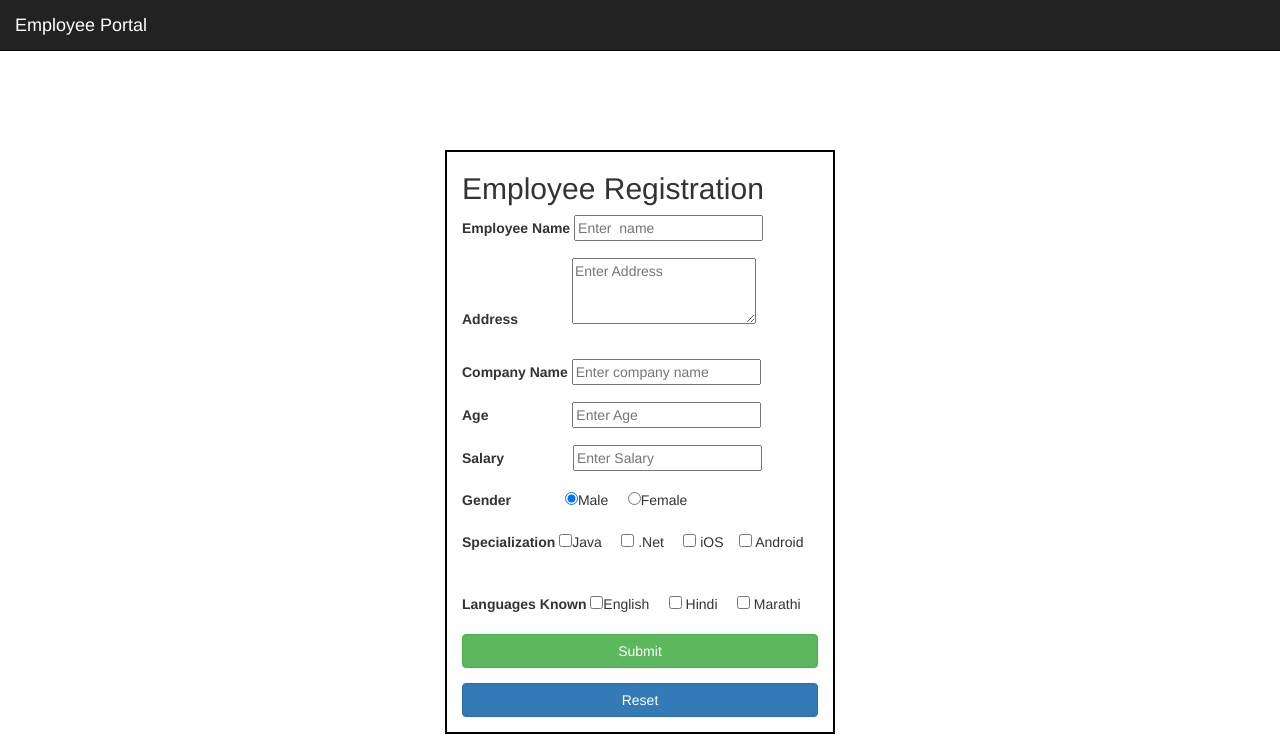
Repository: jagdishpatil18/JavaAdv
Page: http://localhost/EmployeePortal/Employee
These files come from the project's save history. The page is drawn as it stood at one moment and after the next save; the edit follows.
The browser window is 1280 px wide. The pictures show the whole page.
Some web libraries are served in a nearby version. The page is served by Tomcat 9. Other server files are loaded and not shown.

Above is the page before, as saved 2017-05-26 10:10:51.

### EmployeePortal/EmployeePortal/WebContent/newempreg.jsp
<%@ page language="java" contentType="text/html; charset=UTF-8"
    pageEncoding="UTF-8"%>
<!DOCTYPE html PUBLIC "-//W3C//DTD HTML 4.01 Transitional//EN" "http://www.w3.org/TR/html4/loose.dtd">

 <%@ include file = "header.jsp" %>
<%--  <% if(session.getAttribute("userid")!=null) { %>
<li class="hlid"><a href="EmployeeDetails" style="padding-left: 30px">EmployeeDetails</a><br></li>
<%} %>
</ul>
</div>  --%>

<html>
<head>
<meta http-equiv="Content-Type" content="text/html; charset=UTF-8">
 <meta name="viewport" content="width=device-width, initial-scale=1">

<title>EmployeePortal</title>
<link rel="stylesheet" href="https://maxcdn.bootstrapcdn.com/bootstrap/3.3.7/css/bootstrap.min.css">

<!-- jQuery library -->
<script src="https://ajax.googleapis.com/ajax/libs/jquery/3.2.1/jquery.min.js"></script>

<!-- Latest compiled JavaScript -->
<script src="https://maxcdn.bootstrapcdn.com/bootstrap/3.3.7/js/bootstrap.min.js"></script>


<script type="text/javascript">


function validateemp()
{

	var fullname=document.getElementById('ename').value;
	var name = /^[a-zA-Z  ]+$/;

 	if(fullname.length==null ||!name.test(fullname))
 	{
 		alert("Enter Name which contains only alphabets ");
 		return false;

 	}
 	if($('#eadd').val()==null || $('#eadd').val()=="")
  	{
		 alert("Please Enter Address");
		 return false;
     }

 	if($('#cname').val()==null || $('#cname').val()=="")
  	{
		 alert("Please Enter Company name");
		 return false;
     }

 	var eage=document.getElementById('num').value;

 	if($('#num').val()>100 || $('#num').val()<1)
 	{
 		alert("Enter valid age");
 		return false;

 	}
 	var esall=document.getElementById('num1').value;
 	if($('#num1').val()>1000 || $('#num1').val()<0)
 	{
 		alert("Enter valid salary (0-1000)");
 		return false;

 	}

 	var spec=document.empregstn.specialization;
 	for(var i=0;i<spec.length;i++)
 	{
 		if(spec[i].checked)
 			break;
 		else
 		alert("Please select Specialization");
 		return false;
 	}

 	var laung=document.empregstn.language;
 	for(var i=0;i<laung.length;i++)
 	{
 		if(laung[i].checked)
 			break;
 		else
 		alert("Please select Language");
 		return false;
 	}

}

</script>
<style type="text/css">

.container{
margin-top: 150px;

}
#empre{
border: 2px solid black;
}

#addid{
margin-bottom:15px;
}

</style>
</head>
<!-- ................................................
<body>
<%-- <nav class="navbar navbar-inverse navbar-fixed-top">
	<div class="container-fluid">
		<div class="navbar-header">
			<a class="navbar-brand" >Employee Portal</a>
		</div>
	<!-- 	<div class="collapse navbar-collapse"> -->
		<ul class="nav navbar-nav">
			<%if(session.getAttribute("userid")!=null) {%>
			<li><a href="EmployeeDetails">EmployeeDetails</a></li>
			<%} %>



		</ul>

		<ul class="nav navbar-nav navbar-right">


			<%if(session.getAttribute("userid")!=null){%>
			<li ><form action="Logout" method="post"  class="logout">
            <input id="hlogout" type="submit" value="Logout" class="btn btn-primary">
            <% }%>
		</ul>
	<!-- 	</div> -->
	</div>
	</nav> --%>


<div class="container" 	>
<div class="row">
<div class="col-lg-4 col-md-3 col-sm-2"></div>

<div class="col-lg-4 col-md-6 col-sm-8">
<form action="EmployeeForm"method="post" onsubmit="return validateemp()" class="empreg">
		<h2> Employee Registration</h2>

			<table >
			  <tr>
			   <td><b>Employee Name </b></td>
			   <td><input type="text" id="ename" placeholder="Enter  name" name="name" required></td>
			  </tr>
			<tr>
			<td><b>Address </b></td>
			<td> <textarea  rows="3" id="eadd"  placeholder="Enter Address" name="address" required  ></textarea>
			</td></tr>
			<tr>
			<td><b>Company Name </b></td>
			<td> <input type="text" id="cname" placeholder="Enter company name" name="company" required ></td>
			</tr>
			<tr>
				<td><b>Age</b></td>
				<td><input type="number" id="num"placeholder="Enter Age" name="age" required></td>
			</tr>
			<tr>
				<td><b>Salary</b><br>(in lacs per annum)</td>
				<td><input type="number" id="num1"placeholder="Enter Salary" name="salary" required></td>
			</tr>
			<tr>
			<td><b>Gender</b></td>
			<td><input type="radio" name="gender" value="male"  checked>Male &nbsp &nbsp
				<input type="radio" name="gender" value="female">Female
			</td>
			</tr>
			<tr >
			<td><b>Specialization </b></td>
			<td ><input type="checkbox" id="spe" value="java" name="specialization">Java &nbsp &nbsp
			<input type="checkbox" id="spe"  value=".net" name="specialization"> .Net &nbsp &nbsp
			<input type="checkbox" id="spe"  value="ios" name="specialization"> iOS&nbsp &nbsp
			<input type="checkbox" id="spe"  value="android" name="specialization"> Android &nbsp &nbsp
			</td>
			</tr>

			<tr>
			<td><b>Languages Known</b></td>
			<td><input type="checkbox" name="language" value="English" >English &nbsp &nbsp
			<input type="checkbox" name="language" value="Hindi"> Hindi &nbsp &nbsp
			<input type="checkbox" name="language" value="Marathi"> Marathi &nbsp &nbsp
			</td>
			</tr>
			<tr><td><td><input type="submit" value="Submit"  class="btn btn-success btn-lg" >

				<input type="Reset"  value="Reset"  class="btn btn-primary btn-lg"></td></td>
			</tr>
		</table>


	</form>
</div>

<div class="col-lg-4 col-md-3 col-sm-2"></div>

</div>
</div>
</body>
</html>

........................
 -->

<body>
<div class="container">
<div class="row">
<div class="col-lg-4 col-md-3">
</div>
<div class="col-lg-4 col-md-6 col-sm-12" id="empre">
<h2> Employee Registration</h2>
  <form action="EmployeeForm"method="post" onsubmit="return validateemp()" class="empreg">


    <div class="form-group">
      <label  >Employee Name</label>
      <input type="text" id="ename" placeholder="Enter  name" name="name" required>
    </div>

    <div class="form-group">
      <label id="addid" >Address</label>
       <textarea  rows="3" id="eadd"  placeholder="Enter Address" name="address" required   style="margin-left:50px"></textarea>
    </div>

    <div class="form-group">
      <label  >Company Name</label>
     <input type="text" id="cname" placeholder="Enter company name" name="company" required >
    </div>
     <div class="form-group">
      <label >Age</label>
      <input type="number" id="num"placeholder="Enter Age" name="age" required style="margin-left:80px">
    </div>
    <div class="form-group">
      <label >Salary</label>
      <input type="number" id="num1"placeholder="Enter Salary" name="salary" required style="margin-left:65px">
    </div>
    <div class="form-group">
      <label >Gender</label>
      <input type="radio" name="gender" value="male"  checked style="margin-left:50px">Male &nbsp &nbsp
				<input type="radio" name="gender" value="female">Female
    </div>

    <div class="form-group">
      <label >Specialization</label>
     <input type="checkbox" id="spe" value="java" name="specialization">Java &nbsp &nbsp
			<input type="checkbox" id="spe"  value=".net" name="specialization"> .Net &nbsp &nbsp
			<input type="checkbox" id="spe"  value="ios" name="specialization"> iOS&nbsp &nbsp
			<input type="checkbox" id="spe"  value="android" name="specialization"> Android &nbsp &nbsp
    </div>
    <div class="form-group">
      <label >Languages Known</label>
      <input type="checkbox" name="language" value="English" >English &nbsp &nbsp
			<input type="checkbox" name="language" value="Hindi"> Hindi &nbsp &nbsp
			<input type="checkbox" name="language" value="Marathi"> Marathi &nbsp &nbsp
    </div>







   <div class="form-group">
    <input type="submit" value="Submit"  class="btn btn-success btn-block" >

	</div>
	<div class="form-group">
	<input type="Reset"  value="Reset"  class="btn btn-primary btn-block">
    </div>
  </form>
</div>
</div>
<div class="col-lg-4 col-md-3 col-sm-2">
</div>
</div>
</body>
</html>

### EmployeePortal/EmployeePortal/WebContent/header.jsp
<%@ page language="java" contentType="text/html; charset=UTF-8"
    pageEncoding="UTF-8"%>
<!DOCTYPE html PUBLIC "-//W3C//DTD HTML 4.01 Transitional//EN" "http://www.w3.org/TR/html4/loose.dtd">
<html>
<head>
<meta http-equiv="Content-Type" content="text/html; charset=UTF-8">
 <meta name="viewport" content="width=device-width, initial-scale=1">

<title>EmployeePortal</title>
<link rel="stylesheet" href="https://maxcdn.bootstrapcdn.com/bootstrap/3.3.7/css/bootstrap.min.css">

<!-- jQuery library -->
<script src="https://ajax.googleapis.com/ajax/libs/jquery/3.2.1/jquery.min.js"></script>

<!-- Latest compiled JavaScript -->
<script src="https://maxcdn.bootstrapcdn.com/bootstrap/3.3.7/js/bootstrap.min.js"></script>


</head>
<body>
	<nav class="navbar navbar-inverse navbar-fixed-top">
	<div class="container-fluid">
		<div class="navbar-header">
			<a class="navbar-brand" >Employee Portal</a>
		</div>
	<!-- 	<div class="collapse navbar-collapse"> -->
		<ul class="nav navbar-nav">
			<%if(session.getAttribute("userid")!=null) {%>
			<li><a href="EmployeeDetails">EmployeeDetails</a></li>
			<%} %>



		</ul>

		<ul class="nav navbar-nav navbar-right">
			<%-- <%if(session.getAttribute("userid")==null){ %>
			<li><a href="signup"><span class="glyphicon glyphicon-user"></span>Sign Up</a></li>

			<%} %>
			<%if(session.getAttribute("userid")==null){ %>
			<li><a href="login"><span class="glyphicon glyphicon-log-in"></span>Login</a></li>
			<%} %> --%>

			<%if(session.getAttribute("userid")!=null){%>
<!-- 			<li class="hli" style="float: right "><form action="Logout" method="post"  class="logout">
<input id="hlogout" type="submit" value="Logout" class="btn btn-primary">  -->
			<li><a href="Logout">Logout</a></li>
			<% }%>
		</ul>
	<!-- 	</div> -->
	</div>
	</nav>
</body>

### EmployeePortal/EmployeePortal/src/com/bridgelab/employeeportal/Employee.java
package com.bridgelab.employeeportal;

import java.io.IOException;
import java.io.PrintWriter;

import javax.servlet.ServletException;
import javax.servlet.annotation.WebServlet;
import javax.servlet.http.HttpServlet;
import javax.servlet.http.HttpServletRequest;
import javax.servlet.http.HttpServletResponse;


@WebServlet("/Employee")
public class Employee extends HttpServlet {
	private static final long serialVersionUID = 1L;



	protected void doGet(HttpServletRequest request, HttpServletResponse response) throws ServletException, IOException
	{
		response.setContentType("text/html");
		PrintWriter printWriter=response.getWriter();
		request.getRequestDispatcher("newempreg.jsp").forward(request, response);
	}


}

After the next save:
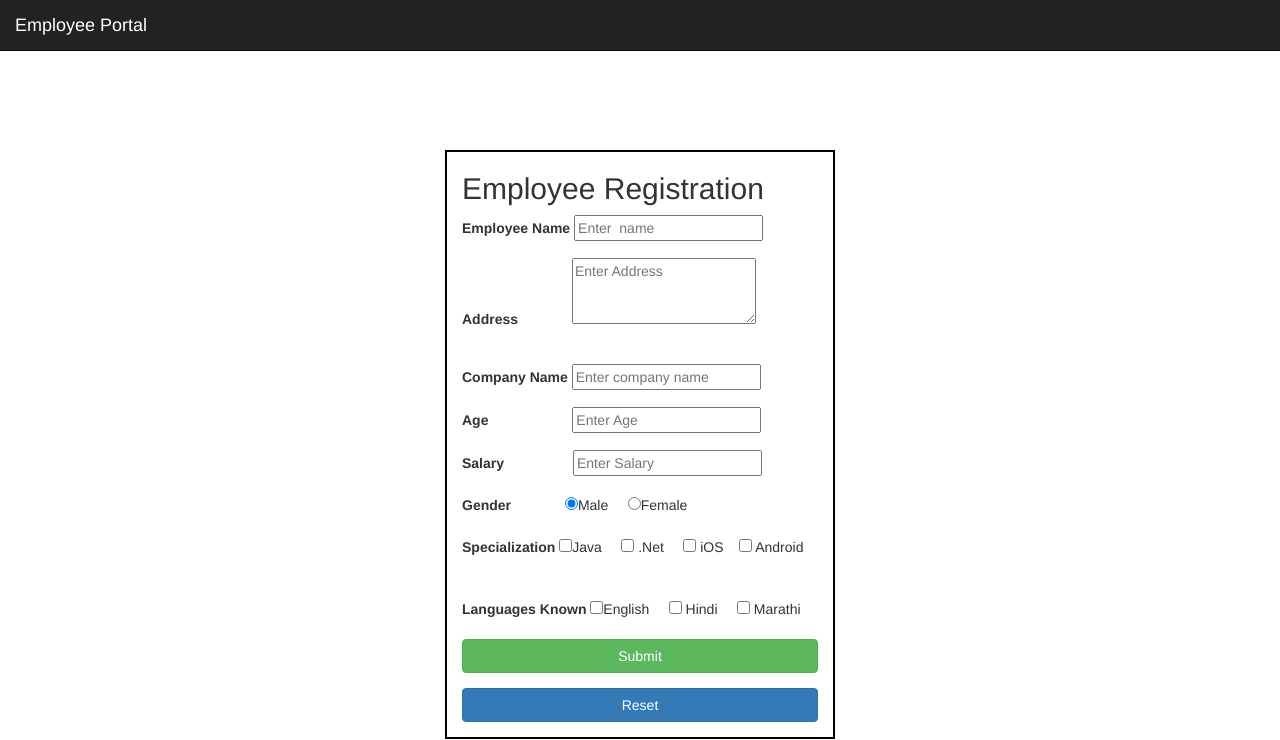
Saved 18 s later.
--- a/EmployeePortal/EmployeePortal/WebContent/newempreg.jsp
+++ b/EmployeePortal/EmployeePortal/WebContent/newempreg.jsp
@@ -101,7 +101,7 @@ border: 2px solid black;
 }
 
 #addid{
-margin-bottom:15px;
+padding-bottom:15px;
 }
 
 </style>
